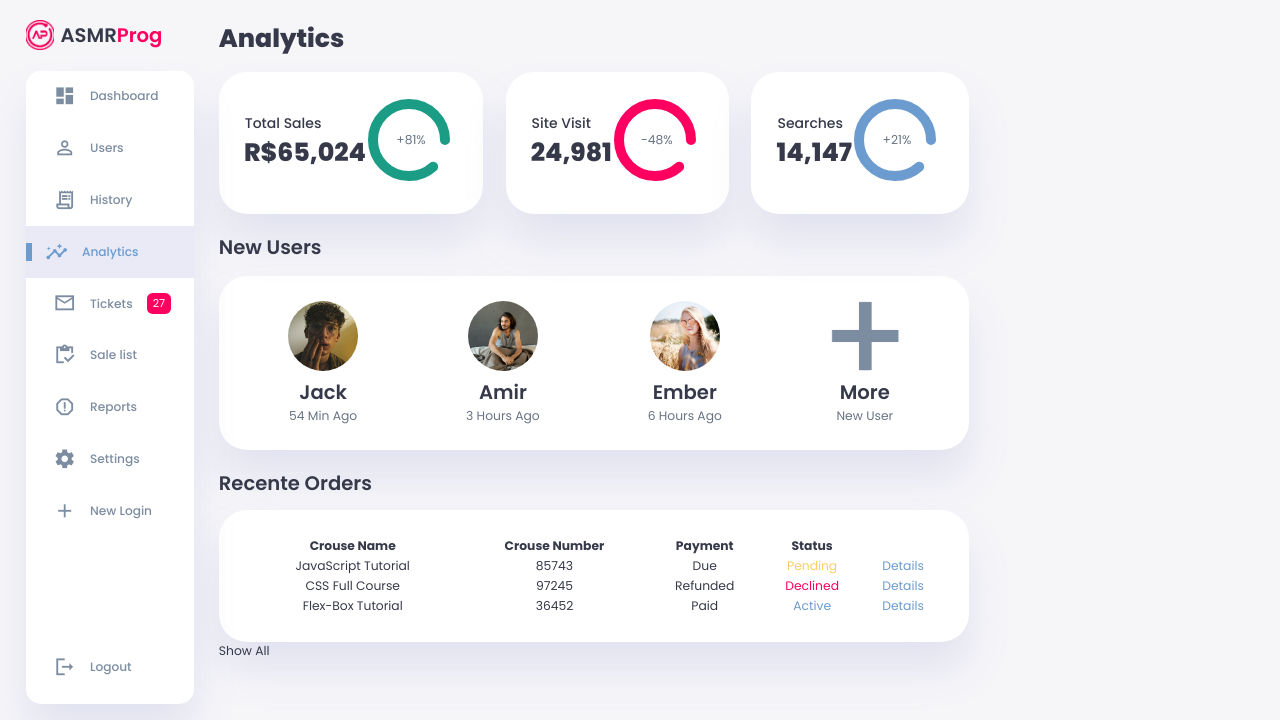
Repository: pheonix5/ProjetosRN-linux
Page: DashBoard/index.html
These files come from the project's save history. The page is drawn as it stood at one moment and after the next save; the edit follows.
The browser window is 1280 px wide. The pictures show the whole page.
The pointer rests on the first visible `main .recent-orders table`.

Above is the page before, as saved 2023-08-06 02:31:49.

After the next save:
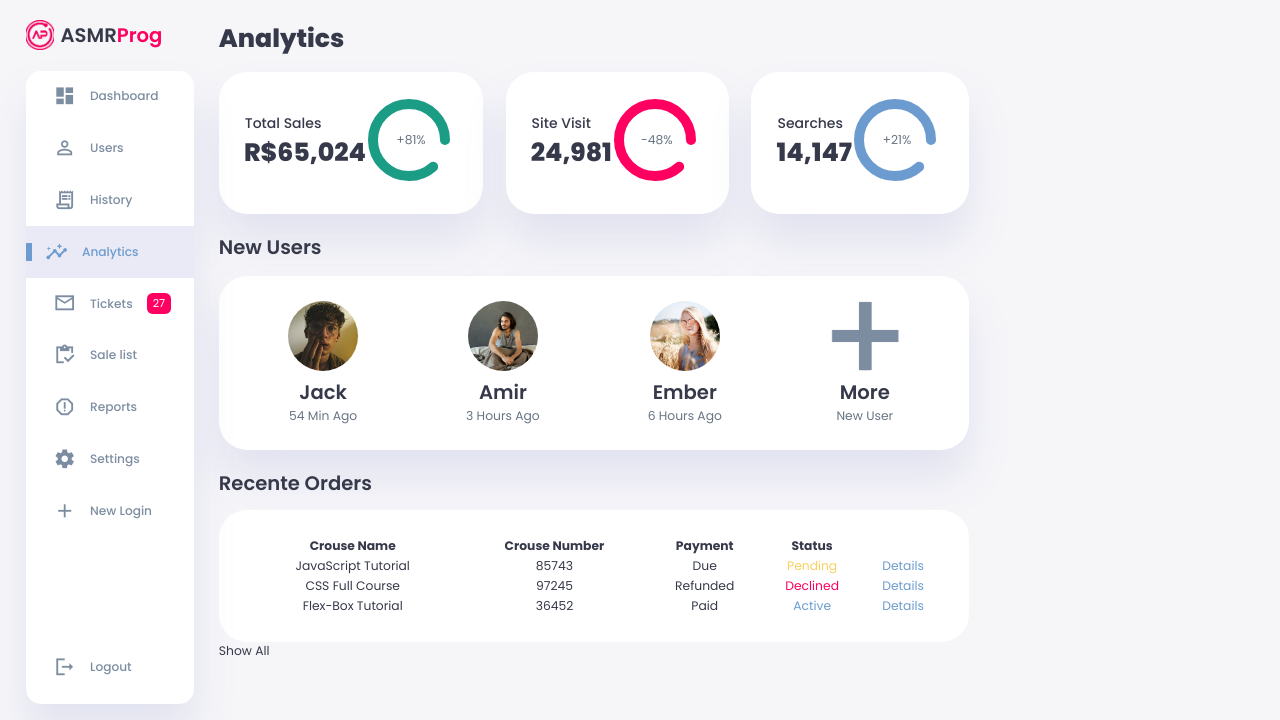
Saved 21 s later.
--- a/DashBoard/style.css
+++ b/DashBoard/style.css
@@ -356,3 +356,7 @@ main .recent-orders table{
   border-radius: var(--card-border-radius);
   transition: all 0.3s ease;
 }
+
+main .recent-orders table:hover{
+  box-shadow: none;
+}
